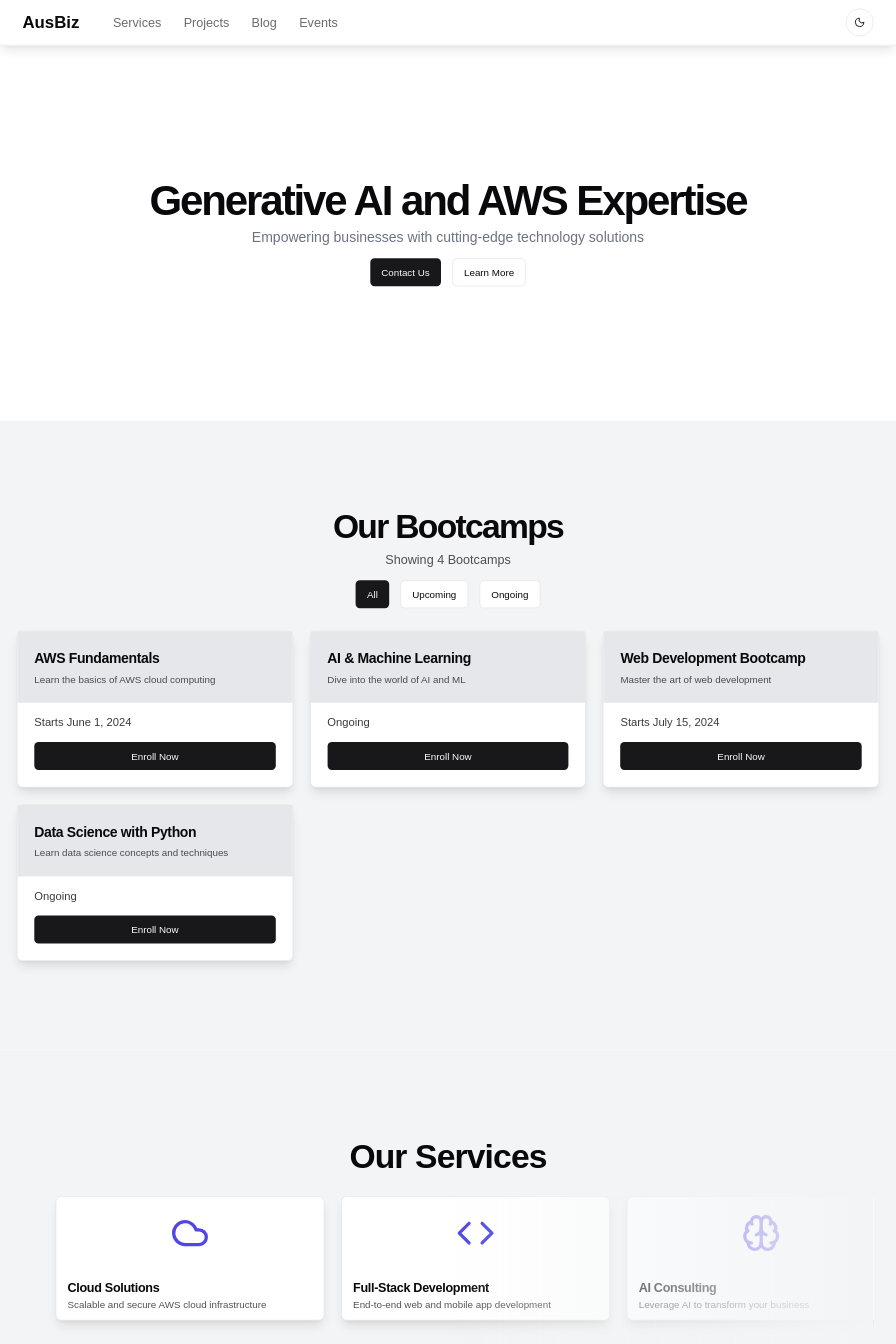
Repository: DiwanMalla/ausbizdemo1
Page: /
These files come from the project's save history. The page is drawn as it stood at one moment and after the next save; the edit follows.
The browser window is 1280 px wide. The pictures show the part of the page from y = 0 to 1920 px (the page is 6263 px tall), at 70% of full size.
The project was rebuilt for these pictures with package versions that can differ from the ones it lists, and the page was loaded fresh each time. The framework's server and built-in components were replaced by stand-ins that run in the browser. Also part of the build but not shown: next.config.ts.

Above is the page before, as saved 2024-11-09 19:06:06.

### components/ui/button.tsx
import * as React from "react"
import { Slot } from "@radix-ui/react-slot"
import { cva, type VariantProps } from "class-variance-authority"

import { cn } from "@/lib/utils"

const buttonVariants = cva(
  "inline-flex items-center justify-center gap-2 whitespace-nowrap rounded-md text-sm font-medium ring-offset-background transition-colors focus-visible:outline-none focus-visible:ring-2 focus-visible:ring-ring focus-visible:ring-offset-2 disabled:pointer-events-none disabled:opacity-50 [&_svg]:pointer-events-none [&_svg]:size-4 [&_svg]:shrink-0",
  {
    variants: {
      variant: {
        default: "bg-primary text-primary-foreground hover:bg-primary/90",
        destructive:
          "bg-destructive text-destructive-foreground hover:bg-destructive/90",
        outline:
          "border border-input bg-background hover:bg-accent hover:text-accent-foreground",
        secondary:
          "bg-secondary text-secondary-foreground hover:bg-secondary/80",
        ghost: "hover:bg-accent hover:text-accent-foreground",
        link: "text-primary underline-offset-4 hover:underline",
      },
      size: {
        default: "h-10 px-4 py-2",
        sm: "h-9 rounded-md px-3",
        lg: "h-11 rounded-md px-8",
        icon: "h-10 w-10",
      },
    },
    defaultVariants: {
      variant: "default",
      size: "default",
    },
  }
)

export interface ButtonProps
  extends React.ButtonHTMLAttributes<HTMLButtonElement>,
    VariantProps<typeof buttonVariants> {
  asChild?: boolean
}

const Button = React.forwardRef<HTMLButtonElement, ButtonProps>(
  ({ className, variant, size, asChild = false, ...props }, ref) => {
    const Comp = asChild ? Slot : "button"
    return (
      <Comp
        className={cn(buttonVariants({ variant, size, className }))}
        ref={ref}
        {...props}
      />
    )
  }
)
Button.displayName = "Button"

export { Button, buttonVariants }

### components/HeroSection.tsx
import { Button } from "@/components/ui/button";

export default function HeroSection() {
  return (
    <section className="w-full py-12 md:py-24 lg:py-32 xl:py-48">
      <div className="container px-4 md:px-6">
        <div className="flex flex-col items-center space-y-4 text-center">
          <div className="space-y-2">
            <h1 className="text-3xl font-bold tracking-tighter sm:text-4xl md:text-5xl lg:text-6xl/none">
              Generative AI and AWS Expertise
            </h1>
            <p className="mx-auto max-w-[700px] text-gray-500 md:text-xl dark:text-gray-400">
              Empowering businesses with cutting-edge technology solutions
            </p>
          </div>
          <div className="space-x-4">
            <Button>Contact Us</Button>
            <Button variant="outline">Learn More</Button>
          </div>
        </div>
      </div>
    </section>
  );
}

### components/Bootcamp.tsx
import { useState } from "react";
import { Button } from "@/components/ui/button";
import {
  Card,
  CardContent,
  CardDescription,
  CardFooter,
  CardHeader,
  CardTitle,
} from "@/components/ui/card";

const bootcamps = [
  {
    title: "AWS Fundamentals",
    description: "Learn the basics of AWS cloud computing",
    schedule: "Starts June 1, 2024",
    status: "upcoming",
  },
  {
    title: "AI & Machine Learning",
    description: "Dive into the world of AI and ML",
    schedule: "Ongoing",
    status: "ongoing",
  },
  {
    title: "Web Development Bootcamp",
    description: "Master the art of web development",
    schedule: "Starts July 15, 2024",
    status: "upcoming",
  },
  {
    title: "Data Science with Python",
    description: "Learn data science concepts and techniques",
    schedule: "Ongoing",
    status: "ongoing",
  },
  // Add more bootcamps...
];

export default function BootcampSection() {
  const [filter, setFilter] = useState("all");

  const filteredBootcamps = bootcamps.filter(
    (bootcamp) => filter === "all" || bootcamp.status === filter
  );

  return (
    <section className="w-full py-12 md:py-24 lg:py-32 bg-gray-100 dark:bg-gray-800">
      <div className="container mx-auto px-4 md:px-6">
        <h2 className="text-3xl font-bold tracking-tighter sm:text-4xl md:text-5xl text-foreground text-center">
          Our Bootcamps
        </h2>
        {/* Bootcamp count display */}
        <p className="mt-2 text-lg text-foreground/70 text-center">
          Showing {filteredBootcamps.length} Bootcamp
          {filteredBootcamps.length > 1 ? "s" : ""}
        </p>

        <div className="mt-4 flex justify-center space-x-4">
          <Button
            variant={filter === "all" ? "default" : "outline"}
            onClick={() => setFilter("all")}
            className="transition-colors duration-300"
          >
            All
          </Button>
          <Button
            variant={filter === "upcoming" ? "default" : "outline"}
            onClick={() => setFilter("upcoming")}
            className="transition-colors duration-300"
          >
            Upcoming
          </Button>
          <Button
            variant={filter === "ongoing" ? "default" : "outline"}
            onClick={() => setFilter("ongoing")}
            className="transition-colors duration-300"
          >
            Ongoing
          </Button>
        </div>
        <div className="grid gap-6 mt-8 sm:grid-cols-1 md:grid-cols-2 lg:grid-cols-3">
          {filteredBootcamps.map((bootcamp, index) => (
            <Card
              key={index}
              className="shadow-lg transition-transform duration-300 hover:scale-105"
            >
              <CardHeader className="bg-gray-200 dark:bg-gray-700">
                <CardTitle className="text-xl font-semibold text-foreground">
                  {bootcamp.title}
                </CardTitle>
                <CardDescription className="text-sm text-foreground/70">
                  {bootcamp.description}
                </CardDescription>
              </CardHeader>
              <CardContent className="py-4 text-foreground/80">
                <p>{bootcamp.schedule}</p>
              </CardContent>
              <CardFooter>
                <Button className="w-full">Enroll Now</Button>
              </CardFooter>
            </Card>
          ))}
        </div>
      </div>
    </section>
  );
}

### components/Services.tsx
import {
  Card,
  CardContent,
  CardDescription,
  CardHeader,
  CardTitle,
} from "@/components/ui/card";
import {
  CloudIcon,
  CodeIcon,
  BrainIcon,
  DatabaseIcon,
  SmartphoneIcon,
} from "lucide-react";

const services = [
  {
    title: "Cloud Solutions",
    description: "Scalable and secure AWS cloud infrastructure",
    icon: CloudIcon,
  },
  {
    title: "Full-Stack Development",
    description: "End-to-end web and mobile app development",
    icon: CodeIcon,
  },
  {
    title: "AI Consulting",
    description: "Leverage AI to transform your business",
    icon: BrainIcon,
  },
  {
    title: "Data Engineering",
    description: "Streamlining your data pipelines and architectures",
    icon: DatabaseIcon,
  },
  {
    title: "Mobile Development",
    description: "Developing mobile apps for iOS and Android",
    icon: SmartphoneIcon,
  },
  // More services added...
];

export default function ServicesCarousel() {
  return (
    <section className="w-full py-12 md:py-24 lg:py-32 bg-gray-100 dark:bg-gray-800">
      <div className="container mx-auto px-6 md:px-8">
        <h2 className="text-3xl font-bold tracking-tight sm:text-4xl md:text-5xl mb-8 text-center text-foreground">
          Our Services
        </h2>
        <div className="relative">
          <div className="flex overflow-x-auto pb-10 hide-scroll-bar scroll-smooth px-6 lg:px-12 space-x-6">
            {services.map((service, index) => (
              <Card
                key={index}
                className="flex-none w-64 sm:w-80 lg:w-96 bg-white shadow-lg rounded-lg transition-all duration-300 transform hover:scale-105 hover:shadow-xl"
              >
                <CardHeader className="flex justify-center items-center p-6">
                  <service.icon className="w-14 h-14 text-indigo-600" />
                </CardHeader>
                <CardContent className="px-4 py-3">
                  <CardTitle className="text-lg font-semibold text-foreground">
                    {service.title}
                  </CardTitle>
                  <CardDescription className="text-sm text-foreground/70">
                    {service.description}
                  </CardDescription>
                </CardContent>
              </Card>
            ))}
          </div>
          <div className="absolute top-0 left-0 right-0 bottom-0 bg-gradient-to-r from-transparent via-transparent to-gray-100 pointer-events-none"></div>
        </div>
      </div>
    </section>
  );
}

### components/LMS.tsx
import { Button } from "@/components/ui/button";
import {
  Card,
  CardContent,
  CardDescription,
  CardHeader,
  CardTitle,
} from "@/components/ui/card";

const modules = [
  { title: "AWS Basics", free: true },
  { title: "Serverless Architecture", free: false },
  { title: "Machine Learning on AWS", free: false },
  // Add more modules...
];

export default function LMSSection() {
  return (
    <section className="w-full py-12 md:py-24 lg:py-32">
      <div className="container px-4 md:px-6">
        <h2 className="text-3xl font-bold tracking-tight sm:text-4xl md:text-5xl mb-8 text-center text-foreground">
          Learning Management System
        </h2>
        <div className="grid gap-6 sm:grid-cols-2 lg:grid-cols-3">
          {modules.map((module, index) => (
            <Card
              key={index}
              className="cursor-pointer rounded-lg bg-card shadow-card hover:shadow-card-hover transition-all duration-300 transform hover:scale-105"
            >
              <CardHeader className="p-6 text-center">
                <CardTitle className="text-xl font-semibold text-foreground">
                  {module.title}
                </CardTitle>
                <CardDescription className="text-sm text-foreground/70">
                  {module.free ? "Free" : "Premium"}
                </CardDescription>
              </CardHeader>
              <CardContent className="px-4 py-3 flex justify-center">
                <Button
                  variant={module.free ? "default" : "outline"}
                  className={`${
                    module.free
                      ? "bg-primary text-primary-foreground hover:bg-primary/90"
                      : "border-accent  dark:text-foreground hover:bg-accent/10"
                  } w-full py-2 px-4 text-sm font-semibold transition-all duration-200`}
                >
                  {module.free ? "Start Learning" : "Upgrade to Access"}
                </Button>
              </CardContent>
            </Card>
          ))}
        </div>
      </div>
    </section>
  );
}

### components/CorporateTraining.tsx
import {
  Card,
  CardContent,
  CardDescription,
  CardHeader,
  CardTitle,
} from "@/components/ui/card";
import { Input } from "@/components/ui/input";
import { Textarea } from "@/components/ui/textarea";
import { Button } from "@/components/ui/button";
import {
  Select,
  SelectContent,
  SelectItem,
  SelectTrigger,
  SelectValue,
} from "@/components/ui/select";

export default function CorporateTraining() {
  return (
    <section className="w-full py-12 md:py-24 lg:py-32 bg-gray-100 dark:bg-gray-800">
      <div className="container px-4 md:px-6 xl:px-8 max-w-screen-xl mx-auto">
        <h2 className="text-3xl font-bold tracking-tighter sm:text-4xl md:text-5xl mb-8 text-foreground dark:text-foreground">
          Corporate Training
        </h2>
        <Card className="bg-white dark:bg-gray-900 text-foreground dark:text-foreground shadow-lg rounded-lg">
          <CardHeader>
            <CardTitle>Request Customized Training</CardTitle>
            <CardDescription>
              Tailor our training programs to your company's needs
            </CardDescription>
          </CardHeader>
          <CardContent>
            <form className="space-y-4">
              <Input placeholder="Company Name" className="w-full" />
              <Input placeholder="Contact Person" className="w-full" />
              <Input type="email" placeholder="Email" className="w-full" />
              <Select className="w-full">
                <SelectTrigger>
                  <SelectValue placeholder="Training Format" />
                </SelectTrigger>
                <SelectContent>
                  <SelectItem value="in-person">In-Person</SelectItem>
                  <SelectItem value="remote">Remote</SelectItem>
                </SelectContent>
              </Select>
              <Textarea
                placeholder="Specific Requirements"
                className="w-full"
              />
              <Button type="submit" className="w-full md:w-auto">
                Submit Request
              </Button>
            </form>
          </CardContent>
        </Card>
      </div>
    </section>
  );
}

### components/Event.tsx
import {
  Card,
  CardContent,
  CardDescription,
  CardHeader,
  CardTitle,
} from "@/components/ui/card";
import { Button } from "@/components/ui/button";
import { CalendarIcon } from "lucide-react";

const events = [
  { title: "Create an AWS Account", date: "2024-06-15", time: "14:00" },
  { title: "First Lambda Function", date: "2024-06-22", time: "15:30" },
  // Add more events...
];

export default function EventSection() {
  return (
    <section className="w-full py-12 md:py-24 lg:py-32 bg-gray-100 dark:bg-gray-800">
      <div className="container px-4 md:px-6 xl:px-8 max-w-screen-xl mx-auto">
        <h2 className="text-3xl font-bold tracking-tighter sm:text-4xl md:text-5xl mb-8 text-foreground dark:text-foreground">
          Upcoming Free Sessions
        </h2>
        <div className="grid gap-6 sm:grid-cols-1 lg:grid-cols-2 xl:grid-cols-3">
          {events.map((event, index) => (
            <Card
              key={index}
              className="bg-white dark:bg-gray-900 text-foreground dark:text-foreground shadow-lg rounded-lg"
            >
              <CardHeader>
                <CardTitle>{event.title}</CardTitle>
                <CardDescription>
                  <CalendarIcon className="inline-block mr-2 h-5 w-5" />
                  {new Date(`${event.date}T${event.time}`).toLocaleString()}
                </CardDescription>
              </CardHeader>
              <CardContent>
                <p className="mb-4 text-sm">
                  Join us for a free hands-on session to help you get started
                  with AWS and cloud technologies. Learn by doing, with
                  real-world examples and guided steps.
                </p>
                <Button className="w-full md:w-auto">Register Now</Button>
              </CardContent>
            </Card>
          ))}
        </div>
      </div>
    </section>
  );
}

### components/Footer.tsx
import { Button } from "@/components/ui/button";
import { FacebookIcon, TwitterIcon, LinkedinIcon } from "lucide-react";

export default function Footer() {
  return (
    <footer className="w-full py-8 bg-indigo-800 text-white shadow-lg">
      <div className="container px-4 md:px-6">
        <div className="grid gap-12 sm:grid-cols-1 md:grid-cols-4">
          <div>
            <h3 className="text-lg font-semibold mb-3">About AusBiz</h3>
            <p className="text-sm text-gray-300">
              Empowering businesses with cutting-edge technology solutions.
            </p>
          </div>
          <div>
            <h3 className="text-lg font-semibold mb-3">Contact</h3>
            <p className="text-sm text-gray-300">info@ausbiz.com</p>
            <p className="text-sm text-gray-300">+1 (555) 123-4567</p>
          </div>
          <div>
            <h3 className="text-lg font-semibold mb-3">Legal</h3>
            <ul className="space-y-2">
              <li>
                <a href="#" className="text-sm hover:underline text-gray-300">
                  Privacy Policy
                </a>
              </li>
              <li>
                <a href="#" className="text-sm hover:underline text-gray-300">
                  Terms of Service
                </a>
              </li>
            </ul>
          </div>
          <div>
            <h3 className="text-lg font-semibold mb-3">Follow Us</h3>
            <div className="flex space-x-6">
              <a href="#" aria-label="Facebook">
                <FacebookIcon className="w-6 h-6 text-gray-300 hover:text-blue-600 transition-colors" />
              </a>
              <a href="#" aria-label="Twitter">
                <TwitterIcon className="w-6 h-6 text-gray-300 hover:text-blue-400 transition-colors" />
              </a>
              <a href="#" aria-label="LinkedIn">
                <LinkedinIcon className="w-6 h-6 text-gray-300 hover:text-blue-700 transition-colors" />
              </a>
            </div>
          </div>
        </div>
        <div className="mt-10 flex justify-between items-center border-t border-gray-700 pt-6">
          <p className="text-sm text-gray-300">
            &copy; 2024 AusBiz. All rights reserved.
          </p>
        </div>
      </div>
    </footer>
  );
}

### components/ui/card.tsx
import * as React from "react"

import { cn } from "@/lib/utils"

const Card = React.forwardRef<
  HTMLDivElement,
  React.HTMLAttributes<HTMLDivElement>
>(({ className, ...props }, ref) => (
  <div
    ref={ref}
    className={cn(
      "rounded-lg border bg-card text-card-foreground shadow-sm",
      className
    )}
    {...props}
  />
))
Card.displayName = "Card"

const CardHeader = React.forwardRef<
  HTMLDivElement,
  React.HTMLAttributes<HTMLDivElement>
>(({ className, ...props }, ref) => (
  <div
    ref={ref}
    className={cn("flex flex-col space-y-1.5 p-6", className)}
    {...props}
  />
))
CardHeader.displayName = "CardHeader"

const CardTitle = React.forwardRef<
  HTMLDivElement,
  React.HTMLAttributes<HTMLDivElement>
>(({ className, ...props }, ref) => (
  <div
    ref={ref}
    className={cn(
      "text-2xl font-semibold leading-none tracking-tight",
      className
    )}
    {...props}
  />
))
CardTitle.displayName = "CardTitle"

const CardDescription = React.forwardRef<
  HTMLDivElement,
  React.HTMLAttributes<HTMLDivElement>
>(({ className, ...props }, ref) => (
  <div
    ref={ref}
    className={cn("text-sm text-muted-foreground", className)}
    {...props}
  />
))
CardDescription.displayName = "CardDescription"

const CardContent = React.forwardRef<
  HTMLDivElement,
  React.HTMLAttributes<HTMLDivElement>
>(({ className, ...props }, ref) => (
  <div ref={ref} className={cn("p-6 pt-0", className)} {...props} />
))
CardContent.displayName = "CardContent"

const CardFooter = React.forwardRef<
  HTMLDivElement,
  React.HTMLAttributes<HTMLDivElement>
>(({ className, ...props }, ref) => (
  <div
    ref={ref}
    className={cn("flex items-center p-6 pt-0", className)}
    {...props}
  />
))
CardFooter.displayName = "CardFooter"

export { Card, CardHeader, CardFooter, CardTitle, CardDescription, CardContent }

### components/ui/input.tsx
import * as React from "react"

import { cn } from "@/lib/utils"

const Input = React.forwardRef<HTMLInputElement, React.ComponentProps<"input">>(
  ({ className, type, ...props }, ref) => {
    return (
      <input
        type={type}
        className={cn(
          "flex h-10 w-full rounded-md border border-input bg-background px-3 py-2 text-base ring-offset-background file:border-0 file:bg-transparent file:text-sm file:font-medium file:text-foreground placeholder:text-muted-foreground focus-visible:outline-none focus-visible:ring-2 focus-visible:ring-ring focus-visible:ring-offset-2 disabled:cursor-not-allowed disabled:opacity-50 md:text-sm",
          className
        )}
        ref={ref}
        {...props}
      />
    )
  }
)
Input.displayName = "Input"

export { Input }

Loaded but not shown: app/layout.tsx (common file); app/globals.css (common file); lib/utils.ts (common file); components/ui/textarea.tsx (common file); tailwind.config.ts (common file); components/ui/select.tsx (160 lines, source omitted); app/page.tsx (145 lines, source omitted); components/Blog.tsx (86 lines, source omitted); components/Healthcare.tsx (57 lines, source omitted); components/ClientProject.tsx (75 lines, source omitted)

After the next save:
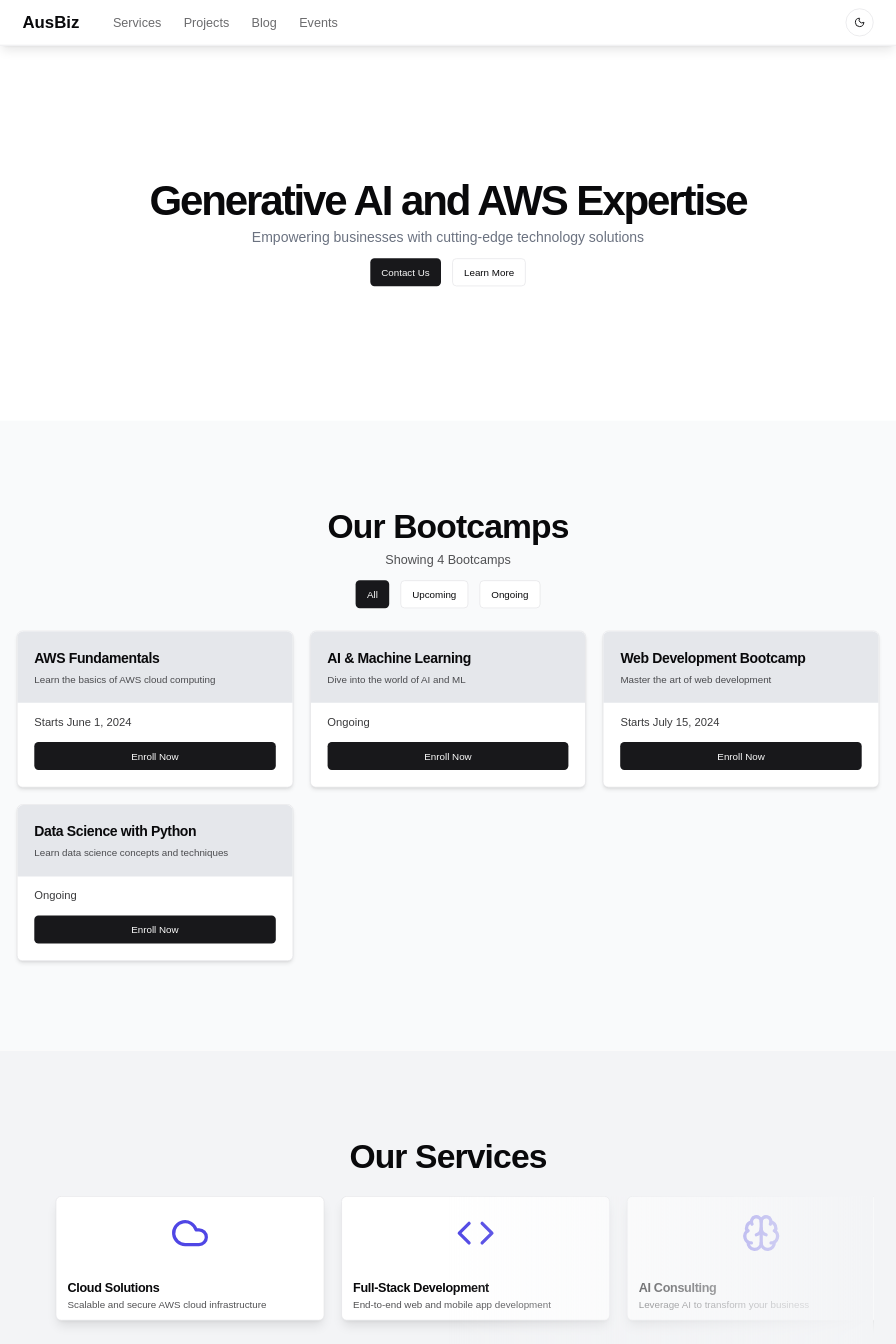
Saved 52 s later.
--- a/components/Bootcamp.tsx
+++ b/components/Bootcamp.tsx
@@ -45,9 +45,9 @@ export default function BootcampSection() {
   );
 
   return (
-    <section className="w-full py-12 md:py-24 lg:py-32 bg-gray-100 dark:bg-gray-800">
+    <section className="w-full py-12 md:py-24 lg:py-32 bg-gray-50 dark:bg-gray-900">
       <div className="container mx-auto px-4 md:px-6">
-        <h2 className="text-3xl font-bold tracking-tighter sm:text-4xl md:text-5xl text-foreground text-center">
+        <h2 className="text-3xl font-bold tracking-tight sm:text-4xl md:text-5xl text-foreground text-center">
           Our Bootcamps
         </h2>
         {/* Bootcamp count display */}
@@ -83,9 +83,9 @@ export default function BootcampSection() {
           {filteredBootcamps.map((bootcamp, index) => (
             <Card
               key={index}
-              className="shadow-lg transition-transform duration-300 hover:scale-105"
+              className="shadow-md hover:shadow-xl transition-shadow duration-300 transform hover:scale-105"
             >
-              <CardHeader className="bg-gray-200 dark:bg-gray-700">
+              <CardHeader className="bg-gray-200 dark:bg-gray-800 rounded-t-lg">
                 <CardTitle className="text-xl font-semibold text-foreground">
                   {bootcamp.title}
                 </CardTitle>
